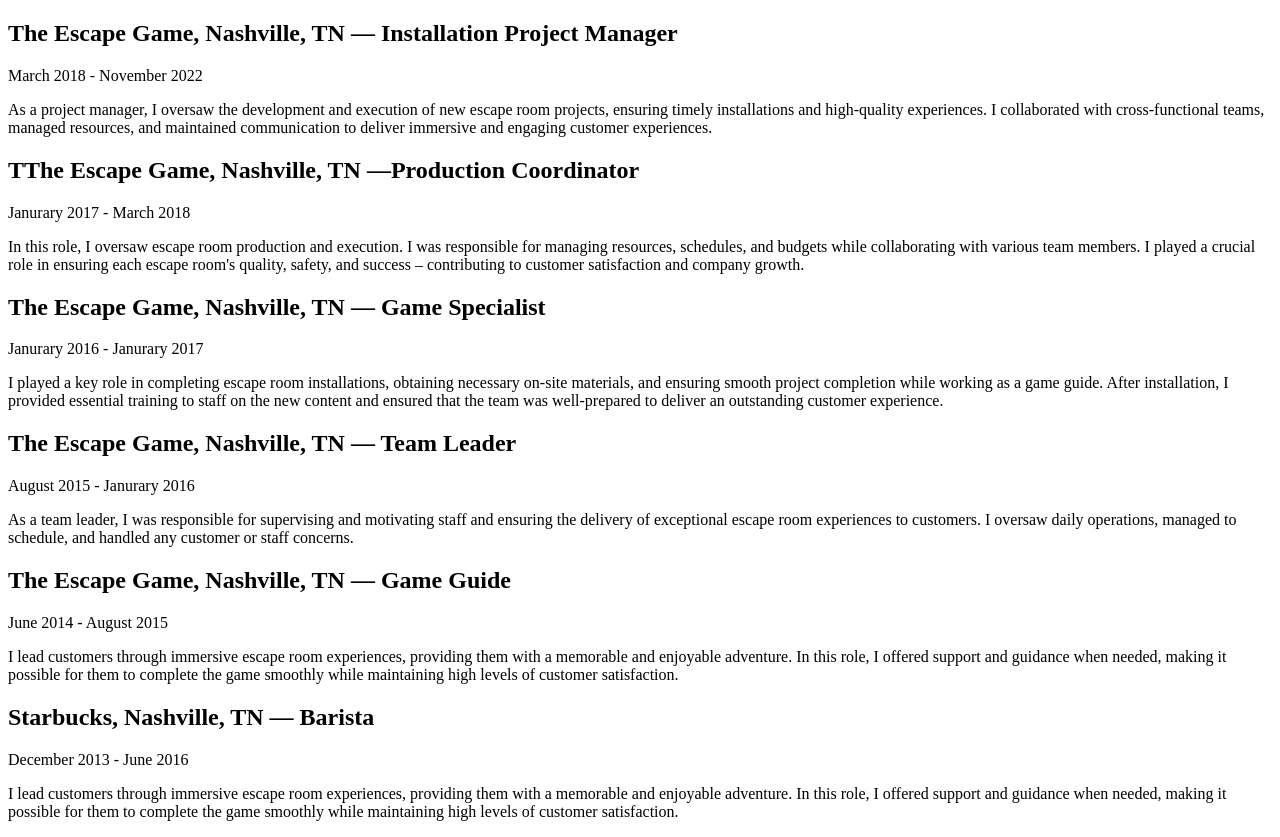
Repository: jgramirez0210/LAB-HTML-Resume
Page: index.html
An editor plug-in stored every save of this project. The page is shown before and after a run of saves, followed by the edit.
The browser window is 1280 px wide. The pictures show the whole page.

Above is the page before, as saved 2023-10-09 21:30:33.

### index.html
<!DOCTYPE html>
<html lang="en">
<head>
  <meta charset="UTF-8">
  <meta name="viewport" content="width=device-width, initial-scale=1.0">
  <title>Jesse's Work Experience</title>
</head>
<body>
  <article>
    <h2>The Escape Game, Nashville, TN — Installation Project Manager </h2>
    <time datetime="2018-03" >March 2018</time> - <time datetime="2022-10" >November 2022</time></time>
    <p>As a project manager, I oversaw the development and execution of new escape room projects, ensuring timely installations and high-quality experiences. I collaborated with cross-functional teams, managed resources, and maintained communication to deliver immersive and engaging customer experiences.</p>
  </article>
  <article>
    <h2>TThe Escape Game, Nashville, TN —Production Coordinator</h2>
    <time datetime="2017-01" >Janurary 2017</time> - <time datetime="2018-3" >March 2018</time></time>
    <p>In this role, I oversaw escape room production and execution. I was responsible for managing resources, schedules, and budgets while collaborating with various team members. I played a crucial role in ensuring each escape room's quality, safety, and success – contributing to customer satisfaction and company growth.
    </p>
  </article>
  <article>
    <h2>The Escape Game, Nashville, TN — Game Specialist</h2>
    <time datetime="2016-01" >Janurary 2016</time> - <time datetime="2017-01" >Janurary 2017</time></time>
    <p>I played a key role in completing escape room installations, obtaining necessary on-site materials, and ensuring smooth project completion while working as a game guide. After installation, I provided essential training to staff on the new content and ensured that the team was well-prepared to deliver an outstanding customer experience.
    </p>
  </article>
  <article>
    <h2>The Escape Game, Nashville, TN — Team Leader</h2>
    <time datetime="2015-0" >August 2015</time> - <time datetime="2016-01" >Janurary 2016</time></time>
    <p>As a team leader, I was responsible for supervising and motivating staff and ensuring the delivery of exceptional escape room experiences to customers. I oversaw daily operations, managed to schedule, and handled any customer or staff concerns.
    </p>
  </article>
  <article>
    <h2>The Escape Game, Nashville, TN — Game Guide</h2>
    <time datetime="2014-06" >June 2014</time> - <time datetime="2015-08" >August 2015</time></time>
    <p>I lead customers through immersive escape room experiences, providing them with a memorable and enjoyable adventure. In this role, I offered support and guidance when needed, making it possible for them to complete the game smoothly while maintaining high levels of customer satisfaction.
    </p>
  </article>
  <article>
    <h2>Starbucks, Nashville, TN — Barista</h2>
    <time datetime="2013-12" >December 2013</time> - <time datetime="2014-06" >June 2016</time></time>
    <p>I lead customers through immersive escape room experiences, providing them with a memorable and enjoyable adventure. In this role, I offered support and guidance when needed, making it possible for them to complete the game smoothly while maintaining high levels of customer satisfaction.
    </p>
  </article>
</body>
</html>

After the next 2 saves:
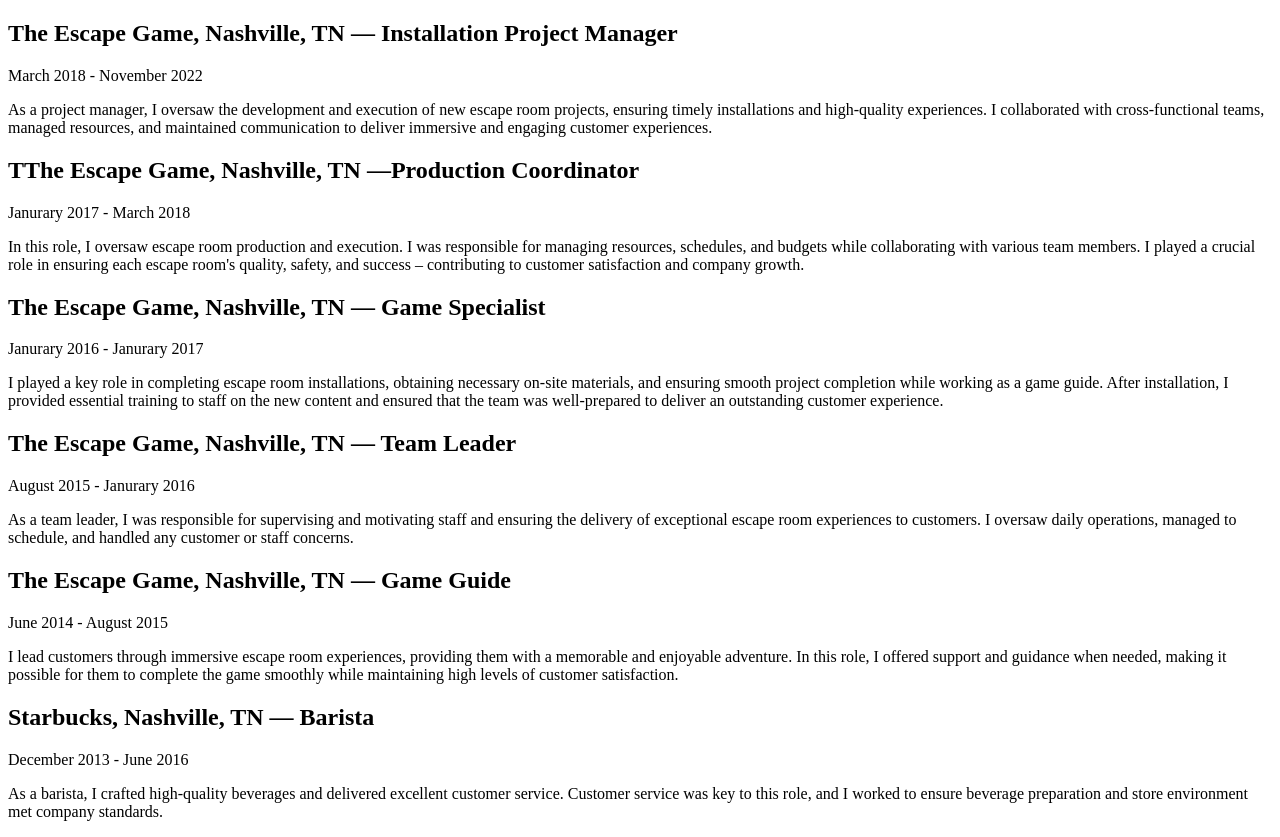
The 2 saves are shown as one change because they came seconds apart.
The last was saved 25 s later.
--- a/index.html
+++ b/index.html
@@ -38,7 +38,7 @@
   <article>
     <h2>Starbucks, Nashville, TN — Barista</h2>
     <time datetime="2013-12" >December 2013</time> - <time datetime="2014-06" >June 2016</time></time>
-    <p>I lead customers through immersive escape room experiences, providing them with a memorable and enjoyable adventure. In this role, I offered support and guidance when needed, making it possible for them to complete the game smoothly while maintaining high levels of customer satisfaction.
+    <p>As a barista, I crafted high-quality beverages and delivered excellent customer service. Customer service was key to this role, and I worked to ensure beverage preparation and store environment met company standards.
     </p>
   </article>
 </body>
